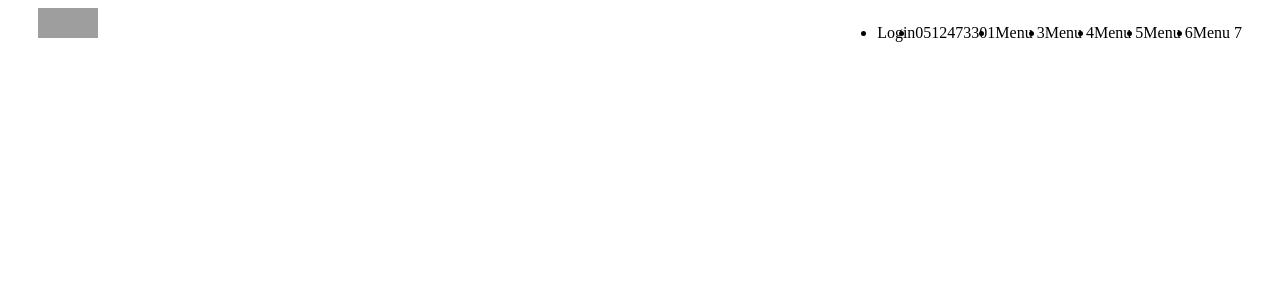
Repository: syedali042/quadacts-cucurico
Page: index.html
An editor plug-in stored every save of this project. The page is shown before and after a run of saves, followed by the edit.
The browser window is 1280 px wide. The pictures show the whole page.
Pictures or frames that could not be fetched are drawn as grey boxes.

Above is the page before, as saved 2021-10-03 21:03:07.

After the next 2 saves:
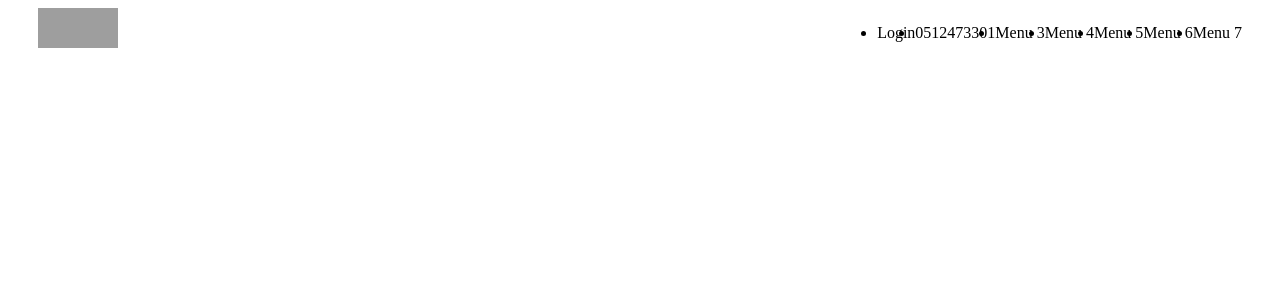
The 2 saves are shown as one change because they came seconds apart.
The last was saved 16 s later.
--- a/index.css
+++ b/index.css
@@ -11,8 +11,8 @@
     width:30%;
 }
 .logo{
-    width: 60px;
-    height: 30px;
+    width: 80px;
+    height: 40px;
 }
 .menu-container{
     width: 70%;
